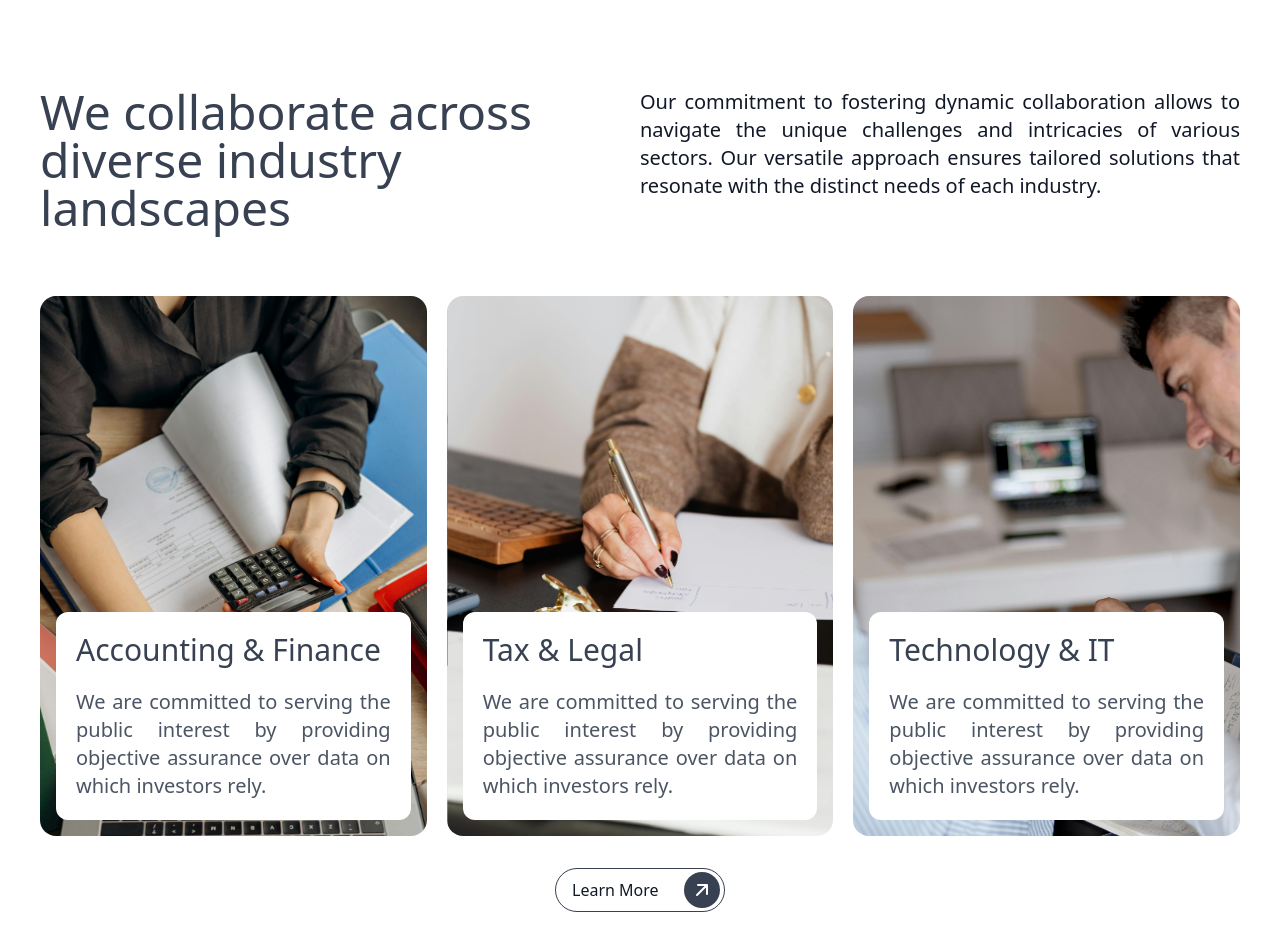
Repository: vespersolutionspk18/integrast-website
Page: /
These files come from the project's save history. The page is drawn as it stood at one moment and after the next save; the edit follows.
The browser window is 1280 px wide. The pictures show the part of the page from y = 850 to 1802 px (the page is 1802 px tall).
The project was rebuilt for these pictures with package versions that can differ from the ones it lists, and the page was loaded fresh each time. The framework's server and built-in components were replaced by stand-ins that run in the browser. Also part of the build but not shown: next.config.ts.

Above is the page before, as saved 2024-12-09 16:18:40.

### app/layout.tsx
import type { Metadata } from "next";
import localFont from "next/font/local";
import "./globals.css";

const geistSans = localFont({
  src: "./fonts/GeistVF.woff",
  variable: "--font-geist-sans",
  weight: "100 900",
});
const geistMono = localFont({
  src: "./fonts/GeistMonoVF.woff",
  variable: "--font-geist-mono",
  weight: "100 900",
});

export const metadata: Metadata = {
  title: "Integra Strategy",
  description: "-",
};

export default function RootLayout({
  children,
}: Readonly<{
  children: React.ReactNode;
}>) {
  return (
    <html lang="en">
      <body
        className={`${geistSans.variable} ${geistMono.variable} antialiased`}
      >
        {children}
      </body>
    </html>
  );
}

### app/page.tsx
import Image from "next/image";
import Header from "./Header";
import Hero from "./Hero";
import Services from "./Services";

export default function Home() {
  return (
    <div>
      <Header />
      <Hero />
      <Services />
    </div>
  );
}

### app/Hero.tsx
import React from 'react'
import ButtonArrowwhite from "@/public/assets/buttonarrowwhite.svg";
import ButtonArrow from "@/public/assets/buttonarrow.svg";
const Hero = () => {
  return (
    <div className="flex flex-col p-10 ">
        <div className="flex flex-row mt-24 h-[190px] gap-5 ">
            <div className="w-[55%] flex flex-col">
                <h1 className="font-light font-sans text-6xl text-gray-600">Unlock Prosperity, <span className="text-gray-800">Choose Expert Guidance</span></h1>
                <h4 className="text-xl font-sans font-light text-gray-900 mt-6">Embark on a transformative journey to financial prosperity with our personalized accountancy services</h4>
            </div>
            <div className="w-[45%] flex flex-col justify-between ">
                <h4 className="text-xl text-justify font-light font-sans text-gray-900">Unlock tailored strategies, benefit from insightful guidances, and follow a clear pathway to achieve your financial success. Elevate your financial journey with our dedicated support and expertise. Contact us today to start your journey towards financial freedom.</h4>
                <div className="flex flex-row gap-5 pt-10">
                <div>
                <div id="button"
  className="group  bg-white h-[44px] flex-row border-[1px] border-gray-700 text-gray-900 text-[16px] py-1 px-1 font-light rounded-full hidden md:flex items-center justify-between w-[170px] transition-width duration-500 ease-in-out  hover:w-[195px] hover:bg-gray-700 hover:border-gray-700 hover:text-white hover:cursor-pointer "

>
  <div className="mx-3 font-sans font-regular">Get In Touch</div>
  <div className="bg-gray-700 rounded-full h-[36px] w-[36px] flex items-center justify-center transition-transform duration-500 ease-in-out group-hover:rotate-45">
    <ButtonArrowwhite className="h-[24px] w-[24px]" />
  </div>
            </div>
                </div>
                <div>
                <div id="button"
  className="group  bg-gray-700 h-[44px] flex-row border-[1px] border-gray-700 text-white text-[16px] py-1 px-1 font-light rounded-full hidden md:flex items-center justify-between w-[170px] transition-width duration-500 ease-in-out  hover:w-[195px] hover:bg-white hover:border-gray-700 hover:text-gray-700 hover:cursor-pointer "

>
  <div className="mx-3 font-sans font-regular">Get a Quote</div>
  <div className="bg-white rounded-full h-[36px] w-[36px] flex items-center justify-center transition-transform duration-500 ease-in-out group-hover:rotate-45 group-hover:border-[1px] group-hover:border-gray-700">
    <ButtonArrow className="h-[24px] w-[24px]" />
  </div>
            </div>
                </div>

                </div>
            </div>
        </div>


        <div className="flex flex-row h-[380px] gap-4 mt-16">
            <div className="w-[70%] rounded-2xl bg-cover bg-center" style={{backgroundImage: `url('/assets/heroimage3.jpg')`}}></div>
            <div className="w-[30%] flex flex-col justify-between ">
                <div className="w-full h-full rounded-2xl bg-cover bg-center" style={{backgroundImage: `url('/assets/heroimage4.jpg')`}}></div>
                <h5 className="font-sans text-gray-900 text-justify text-xl mt-3  font-light">Tailored solutions, expert guidance, and strategic planning to secure your wealth and achieve your financial goals seamlessly</h5>
            </div>
        </div>
    </div>
  )
}

export default Hero

### app/Services.tsx
import React from 'react'
import ButtonArrowwhite from "@/public/assets/buttonarrowwhite.svg";
import ButtonArrow from "@/public/assets/buttonarrow.svg";
const Services = () => {
  return (
    <div className="flex flex-col p-10 mt-16 items-center ">
        <div className="flex flex-row items-start justify-start ">
            <div className="w-1/2 font-sans font-light text-5xl text-gray-700">We collaborate across diverse industry landscapes</div>
            <div className="w-1/2 font-sans text-gray-900 text-justify text-xl  font-light">Our commitment to fostering dynamic collaboration allows to navigate the unique challenges and intricacies of various sectors. Our versatile approach ensures tailored solutions that resonate with the distinct needs of each industry.</div>
        </div>
        <div className="flex flex-row gap-5 mt-16">
            <div className="rounded-2xl w-1/3 h-[540px] bg-cover bg-center flex items-end  " style={{backgroundImage: `url('/assets/audit.jpg')`}}>
            <div className="bg-white m-4 w-full rounded-[12px] flex flex-col transition-all duration-500 ease-in-out hover:pb-[120px] min-h-[200px]">
  <h5 className="ml-5 mt-5 mr-5 mb-5 font-sans text-3xl text-gray-700 font-light">
    Accounting & Finance
  </h5>
  <p className="ml-5 mr-5 mb-5 text-justify font-sans font-light text-xl text-gray-600">
    We are committed to serving the public interest by providing objective assurance over data on which investors rely.
  </p>
</div>
</div>
            <div className="rounded-2xl w-1/3 h-[540px] bg-cover bg-center flex items-end" style={{backgroundImage: `url('/assets/tax.jpg')`}}>
            <div className="bg-white m-4 w-full  rounded-[12px] flex flex-col">
            <h5 className="ml-5 mt-5 mr-5 mb-5 font-sans text-3xl text-gray-700 font-light">Tax & Legal</h5>
            <p className="ml-5 mr-5 mb-5 text-justify font-sans font-light text-xl text-gray-600">We are committed to serving the public interest by providing objective assurance over data on which investors rely.</p>
            </div></div>
            <div className="rounded-2xl w-1/3 h-[540px] bg-cover bg-center flex items-end" style={{backgroundImage: `url('/assets/tech.jpg')`}}>
            <div className="bg-white m-4 w-full  rounded-[12px] flex flex-col">
            <h5 className="ml-5 mt-5 mr-5 mb-5 font-sans text-3xl text-gray-700 font-light">Technology & IT</h5>
            <p className="ml-5 mr-5 mb-5 text-justify font-sans font-light text-xl text-gray-600">We are committed to serving the public interest by providing objective assurance over data on which investors rely.</p>
            </div></div>
        </div>
        <div className="mt-8">
                <div id="button"
  className="group  bg-white h-[44px] flex-row border-[1px] border-gray-700 text-gray-900 text-[16px] py-1 px-1 font-light rounded-full hidden md:flex items-center justify-between w-[170px] transition-width duration-500 ease-in-out hover:cursor-pointer  hover:w-[195px] hover:bg-gray-700 hover:border-gray-700 hover:text-white "

>
  <div className="mx-3 font-sans font-regular">Learn More</div>
  <div className="bg-gray-700 rounded-full h-[36px] w-[36px] flex items-center justify-center transition-transform duration-500 ease-in-out group-hover:rotate-45">
    <ButtonArrowwhite className="h-[24px] w-[24px]" />
  </div>
            </div>
                </div>
    </div>
  )
}

export default Services

Loaded but not shown: app/globals.css (common file); app/Header.tsx (common file); tailwind.config.ts (common file)

After the next save:
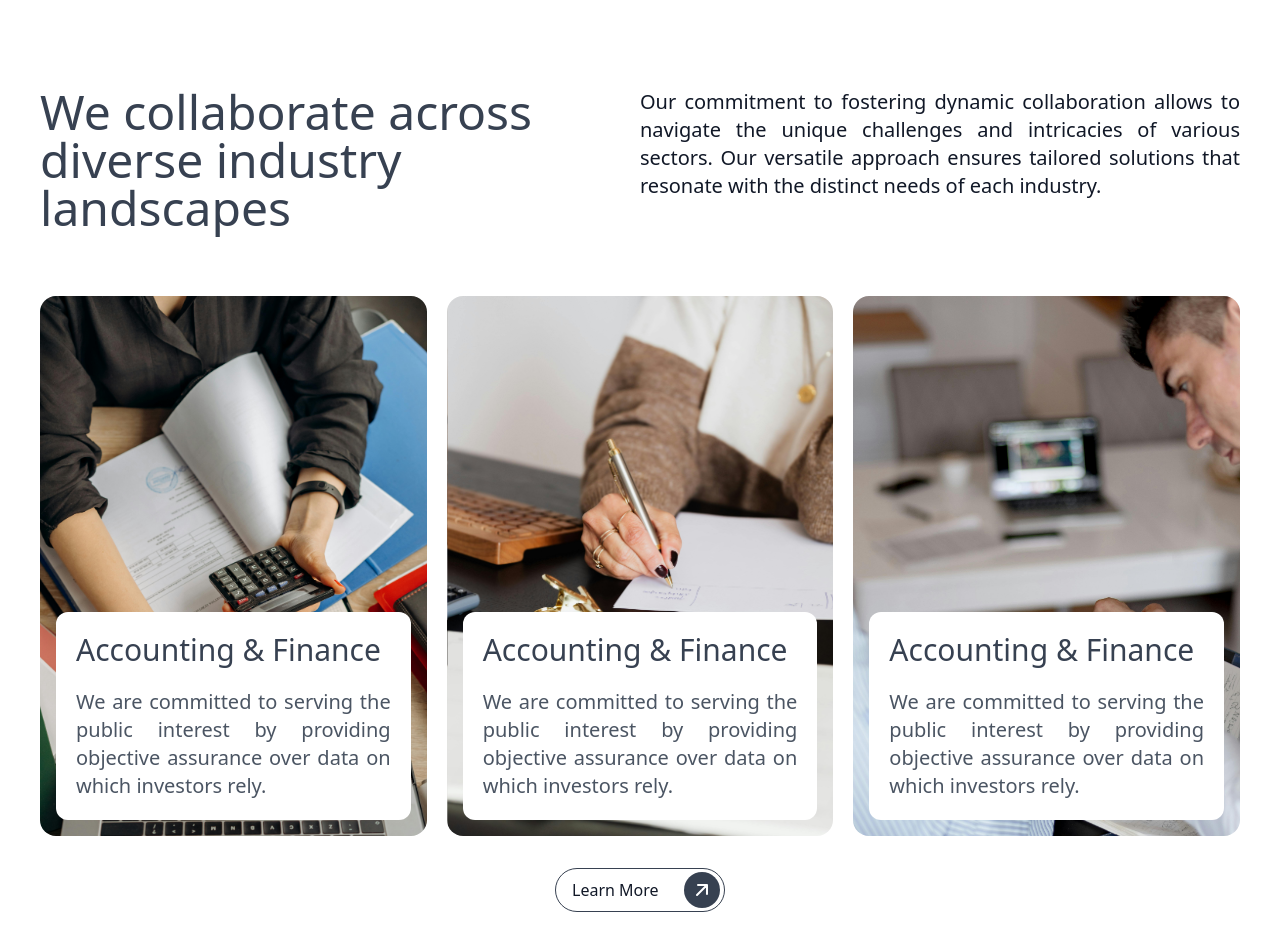
Saved 23 s later.
--- a/app/Services.tsx
+++ b/app/Services.tsx
@@ -20,15 +20,25 @@
 </div>
 </div>
             <div className="rounded-2xl w-1/3 h-[540px] bg-cover bg-center flex items-end" style={{backgroundImage: `url('/assets/tax.jpg')`}}>
-            <div className="bg-white m-4 w-full  rounded-[12px] flex flex-col">
-            <h5 className="ml-5 mt-5 mr-5 mb-5 font-sans text-3xl text-gray-700 font-light">Tax & Legal</h5>
-            <p className="ml-5 mr-5 mb-5 text-justify font-sans font-light text-xl text-gray-600">We are committed to serving the public interest by providing objective assurance over data on which investors rely.</p>
-            </div></div>
+            <div className="bg-white m-4 w-full rounded-[12px] flex flex-col transition-all duration-500 ease-in-out hover:pb-[120px] min-h-[200px]">
+  <h5 className="ml-5 mt-5 mr-5 mb-5 font-sans text-3xl text-gray-700 font-light">
+    Accounting & Finance
+  </h5>
+  <p className="ml-5 mr-5 mb-5 text-justify font-sans font-light text-xl text-gray-600">
+    We are committed to serving the public interest by providing objective assurance over data on which investors rely.
+  </p>
+</div>
+</div>
             <div className="rounded-2xl w-1/3 h-[540px] bg-cover bg-center flex items-end" style={{backgroundImage: `url('/assets/tech.jpg')`}}>
-            <div className="bg-white m-4 w-full  rounded-[12px] flex flex-col">
-            <h5 className="ml-5 mt-5 mr-5 mb-5 font-sans text-3xl text-gray-700 font-light">Technology & IT</h5>
-            <p className="ml-5 mr-5 mb-5 text-justify font-sans font-light text-xl text-gray-600">We are committed to serving the public interest by providing objective assurance over data on which investors rely.</p>
-            </div></div>
+            <div className="bg-white m-4 w-full rounded-[12px] flex flex-col transition-all duration-500 ease-in-out hover:pb-[120px] min-h-[200px]">
+  <h5 className="ml-5 mt-5 mr-5 mb-5 font-sans text-3xl text-gray-700 font-light">
+    Accounting & Finance
+  </h5>
+  <p className="ml-5 mr-5 mb-5 text-justify font-sans font-light text-xl text-gray-600">
+    We are committed to serving the public interest by providing objective assurance over data on which investors rely.
+  </p>
+</div>
+</div>
         </div>
         <div className="mt-8">
                 <div id="button"

After the save that followed:
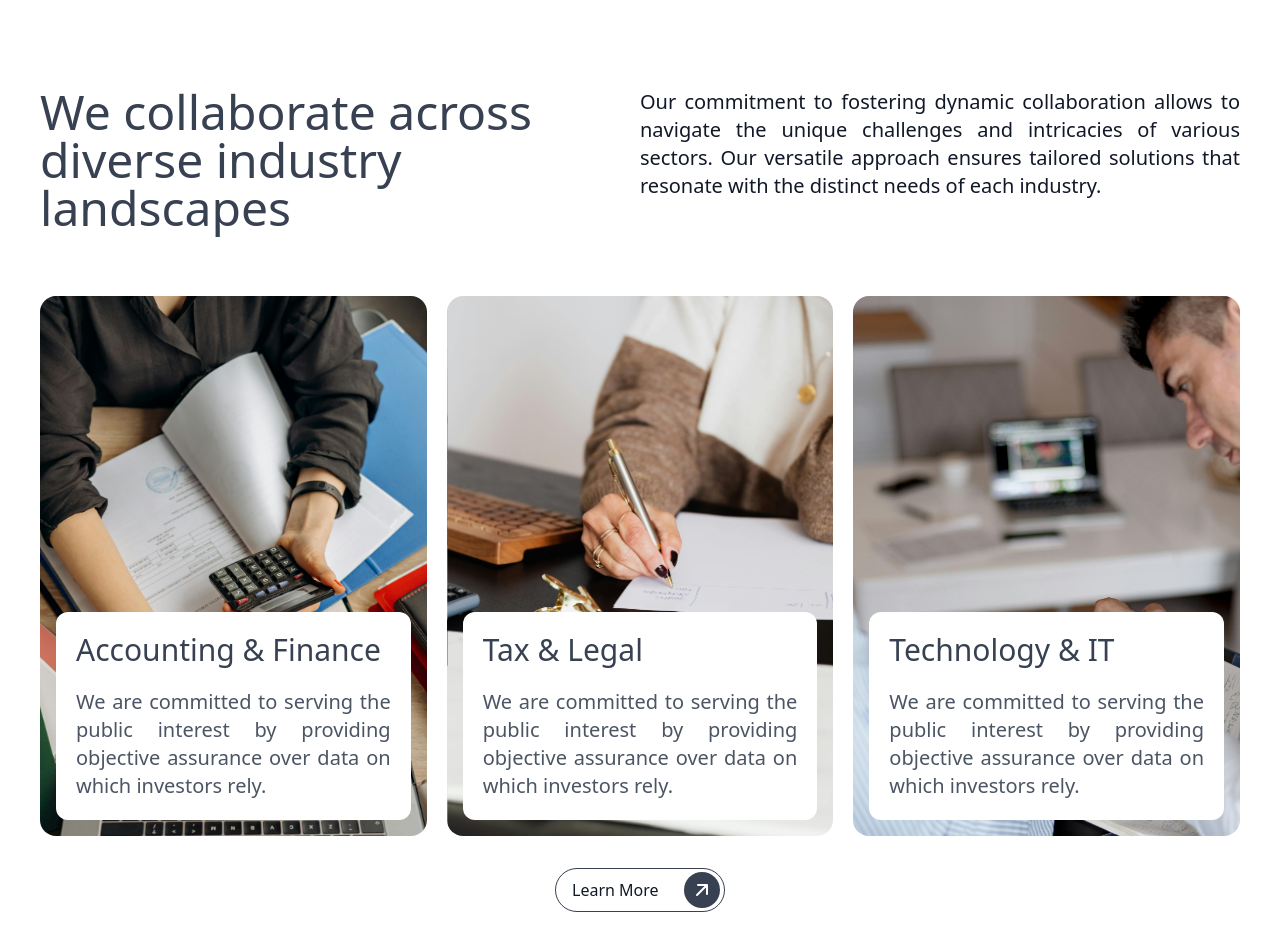
Saved 26 s later.
--- a/app/Services.tsx
+++ b/app/Services.tsx
@@ -22,7 +22,7 @@
             <div className="rounded-2xl w-1/3 h-[540px] bg-cover bg-center flex items-end" style={{backgroundImage: `url('/assets/tax.jpg')`}}>
             <div className="bg-white m-4 w-full rounded-[12px] flex flex-col transition-all duration-500 ease-in-out hover:pb-[120px] min-h-[200px]">
   <h5 className="ml-5 mt-5 mr-5 mb-5 font-sans text-3xl text-gray-700 font-light">
-    Accounting & Finance
+    Tax & Legal
   </h5>
   <p className="ml-5 mr-5 mb-5 text-justify font-sans font-light text-xl text-gray-600">
     We are committed to serving the public interest by providing objective assurance over data on which investors rely.
@@ -32,7 +32,7 @@
             <div className="rounded-2xl w-1/3 h-[540px] bg-cover bg-center flex items-end" style={{backgroundImage: `url('/assets/tech.jpg')`}}>
             <div className="bg-white m-4 w-full rounded-[12px] flex flex-col transition-all duration-500 ease-in-out hover:pb-[120px] min-h-[200px]">
   <h5 className="ml-5 mt-5 mr-5 mb-5 font-sans text-3xl text-gray-700 font-light">
-    Accounting & Finance
+    Technology & IT
   </h5>
   <p className="ml-5 mr-5 mb-5 text-justify font-sans font-light text-xl text-gray-600">
     We are committed to serving the public interest by providing objective assurance over data on which investors rely.
